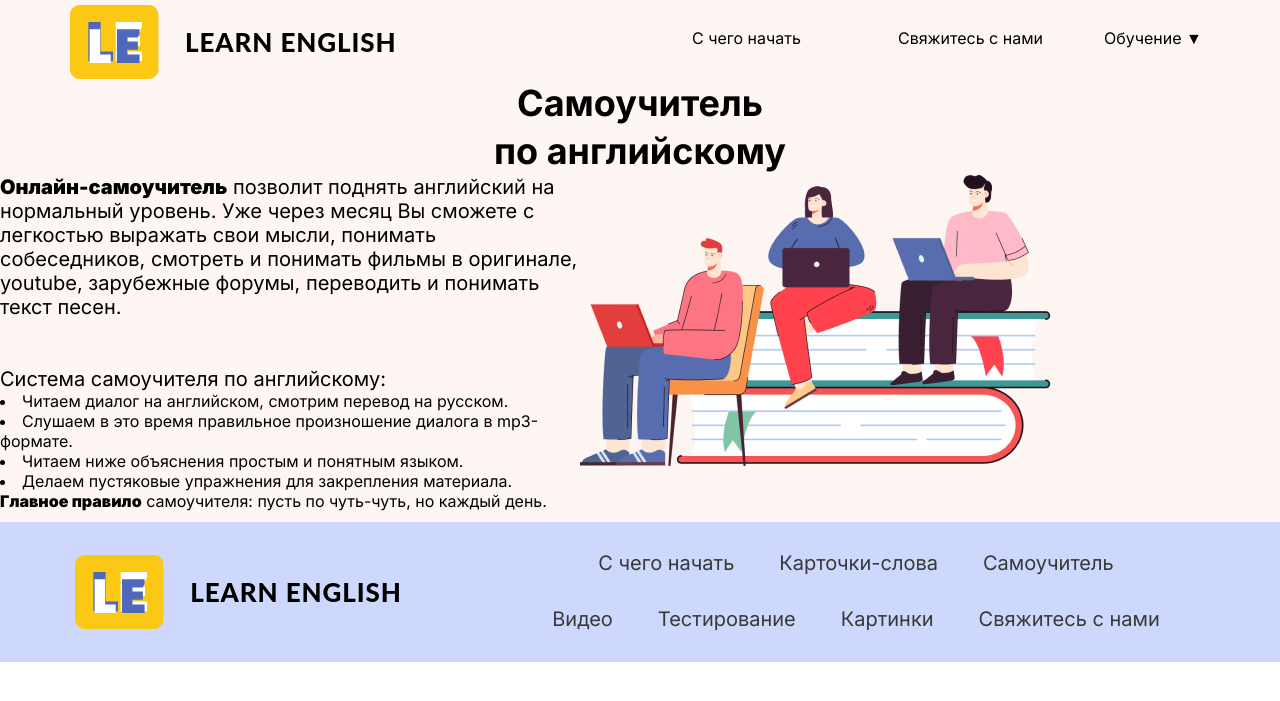
Repository: WladimirVA/Diplom
Page: scool/lesson.html
These files come from the project's save history. The page is drawn as it stood at one moment and after the next save; the edit follows.
The browser window is 1280 px wide. The pictures show the whole page.

Above is the page before, as saved 2023-07-19 16:12:49.

### scool/lesson.html
<!DOCTYPE html>
<html lang="en">
<head>
    <meta charset="UTF-8">
    <meta name="viewport" content="width=device-width, initial-scale=1.0">
    <link href="./css/index.css" rel="stylesheet" type="text/css">
    <link href="./css/fonts.css" rel="stylesheet" type="text/css">
    <link rel="stylesheet" href="./css/lesson.css" type="text/css">
    <link rel="icon" sizes="16x16" href="./img/Vector.svg" type="image/x-icon">
    <title>Learn english</title>
</head>
<body>
    <header class="header" di="HOME">
        <div class="section">
            <div class="section-header">
                <div class="logo">
                    <img src="./img/Vector.svg">
                    <p>Learn english</p>
                </div>
                <div>

                    <ul class="ddropdownn">
                        <li class="ddropdownn-top">
                        <a class="ddropdownn-top" href="#">С чего начать</a>
                        </li>
                        <li class="ddropdownn-top">
                            <a class="ddropdownn-top" href="mailto:dyadichenko_va@mail.ru">Свяжитесь с нами</a>
                        </li>
                        <li class="ddropdownn-top">
                        <a class="ddropdownn-top" href="#">Обучение &#9660;</a>
                            <ul class="ddropdownn-inside">
                                <li><a href="/">Карточки-слова</a></li>
                                <li><a href="/">Самоучитель</a></li>
                                <li><a href="/">Видео</a></li>
                                <li><a href="/">Тестирование</a></li>
                                <li><a href="/">Картинки</a></li>
                            </ul>
                        </li>

                    </ul>
                </div>
            </div>
        </div>
    </header>
    <main>
        <section class="TUTORIAL">
            <div class="section">
                <h1 class="tutorial-h1">Самоучитель <br>по английскому</h1>
                <div class="content-tutorial">
                    <div class="tutorial-inf">
                        <p><span  style="font-weight:900"> Онлайн-самоучитель</span> позволит поднять английский на нормальный уровень. Уже через месяц Вы сможете с легкостью выражать свои мысли, понимать собеседников, смотреть и понимать фильмы в оригинале, youtube, зарубежные форумы, переводить и понимать текст песен. <br><br><br>
                            Система самоучителя по английскому:
                            <li>Читаем диалог на английском, смотрим перевод на русском.</li>
                            <li>Слушаем в это время правильное произношение диалога в mp3-формате.</li>
                            <li>Читаем ниже объяснения простым и понятным языком.</li>
                            <li>Делаем пустяковые упражнения для закрепления материала.</li>
                            <span  style="font-weight:900"> Главное правило</span> самоучителя: пусть по чуть-чуть, но каждый день.
                        </p>
                    </div>
                    <div class="tutorial-img">
                        <img src="./img/Group 78 1 (1).png" alt="foto">
                    </div>
                </div>
            </div>
        </section>
    </main>
    <footer class="FOOTER">
        <div class="section">
            <div class="section-footer">
                <div class="logo">
                    <img src="./img/Vector.svg">
                    <p>Learn english</p>
                </div>
                <div class="ddropdownn-footer">
                    <div class="ddropdownn-menu">
                        <ul class="ddropdownn1">
                            <li><a href="#">С чего начать</a></li>
                            <!-- <li><a href="#">Обучение</a></li> -->
                            <li><a href="#">Карточки-слова</a></li>
                            <li><a href="#">Самоучитель</a></li>
                        </ul>
                    </div>
                    <div class="ddropdownn-menu">
                        <ul class="ddropdownn2">
                            <li><a href="#">Видео</a></li>
                            <li><a href="#">Тестирование</a></li>
                            <li><a href="#">Картинки</a></li>
                            <li><a class="link" href="mailto:dyadichenko_va@mail.ru">Свяжитесь с нами</a></li>
                        </ul>
                    </div>
                </div>
            </div>
        </div>
    </footer>
</body>
</html>

### scool/css/index.css
body {
    scroll-behavior: smooth;
    align-items: center;
    width: 100%;
    max-width: 1366px;
    margin: auto;
    font-family: 'Inter', 'Work Sans', "NunitoSans-Light", Arial, Helvetica, sans-serif;
}
* {
    margin: 0;
    padding: 0;
}

.logo {
    display: flex;
    align-items: center;
}

.logo p {
    font-family: Lato;
    font-size: 26px;
    font-weight: 800;
    line-height: 48px;
    letter-spacing: 0.035em;
    text-align: left;
    text-transform: uppercase;
    padding-left: 1em;
}

/* Стили выпадающего списка */
ul.ddropdownn li {/* Считаем координаты относительно исходного места. */
    position: relative; }
ul.ddropdownn, ul.ddropdownn-inside {
    /* Отступы на нуле. */
    padding: 0;
    /* Маркеры уберем. */
    list-style-type: none;
    }
ul.ddropdownn-inside {
    /* Спрячем дочерние элементы выпадающего списка. */
    left: -9999px;
    position: absolute;
    }
ul.ddropdownn li.ddropdownn-top {
    /* Небольшой отступ. */
    margin: 20px 1px 0 0;
    /* Выравнивание по левой стороне. */
    float: left;
    display: inline;
    }
ul.ddropdownn li.ddropdownn-top a {
    /* Делаю элементы блочными. */
    display: block;
    /* Снова отступы. */
    padding: 3px 30px 4px;
    text-decoration: none;
    color: black;
    font-family: Inter;
    width: 145px;
    }
ul.ddropdownn a.ddropdownn-top {/* Цвет фона. */ background: #FEF6F3; } */
ul.ddropdownn a.ddropdownn-top:hover {/* Отступы. */ padding: 13px 20px 4px; }
ul.ddropdownn li.ddropdownn-top:hover .ddropdownn-inside {
    left: 0;
    /* Делаю элементы блочными. */
    display: block;
    }
ul.ddropdownn .ddropdownn-inside {/* Цвет фона. */ background: #FEF6F3; }
ul.ddropdownn .ddropdownn-inside a:hover {/* Цвет фона изменится при наведении. */
    background: #FEF6F3; }


@media screen and (max-width: 745px) {
    .header-nav {
        display: block;
        padding-top: 0px;
    }
}


.section-header {
    display: flex;
    justify-content: space-between;
    background-color: #FEF6F3;
    padding: 5px 0px 0 70px;

}

.BEGINNES {
    background: #FEF6F3;
}

.content-beginners {
    display: flex;
    justify-content: space-between;
}

.beginners-inf {
    padding: 50px 0 0 70px;
}

.beginners-inf h1 {
    font-family: Inter;
    font-size: 44px;
    font-weight: 700;
    line-height: 48px;
    letter-spacing: -0.08em;
    text-align: left;
    text-transform: uppercase;
    font-family: Inter;
    font-size: 45px;
    font-weight: 700;
    line-height: 48px;
    letter-spacing: 0.035em;
    text-align: left;
}

.beginners-img img {
    width: 100%;
    height: auto;
}

.beginners-inf p {
    margin-top: 50px;
}

.content-beginners {
    font-family: Inter;
    font-size: 22px;
    font-weight: 700;
    line-height: 24px;
    letter-spacing: 0em;
    text-align: left;

    font-family: Inter;
    font-size: 22px;
    font-weight: 500;
    line-height: 24px;
    letter-spacing: 0em;
    text-align: left;

    font-family: Inter;
    font-size: 20px;
    font-weight: 500;
    line-height: 24px;
    letter-spacing: 0em;
    text-align: left;
}

.home_ul {
    list-style-type: none;
    padding: 20px 0 20px 0;
}

.check {
    margin-left: 15px;
}

.button_home {
    font-family: Inter;
    font-size: 20px;
    font-weight: 700;
    line-height: 24px;
    letter-spacing: 0em;
    text-align: center;
    background:#FBC815;
    border-style: none;
    border-radius: 25px;
    width: 257px;
    height: 56px;
}

.LEARNING {
    background: #FDE4D3;
}

.learning {
    display: flex;
    justify-content: space-evenly;
}

.img-learning img {
    width: 100%;
    height: auto;
}

.content-learning h1 {
    text-align: center;
    text-transform: uppercase;
    font-family: Inter;
    font-size: 36px;
    font-weight: 700;
    line-height: 48px;
    letter-spacing: 0em;
    text-align: center;
    padding-top: 65px;

}

.popular {
    margin-left: 20px;
}

.learning-text {
    max-width: 550px;
    margin-top: 50px;
}

.learning-text p {
    font-family: Inter;
    font-size: 20px;
    font-weight: 500;
    line-height: 24px;
    letter-spacing: 0em;
    text-align: left;
}

.learning-text-img {
    margin-top: 60px;
}

.learning-text-img p {
    margin: -38px 0 0 20px;
}

.INFORMATION {
    background: #4F68BB;
    height: 1275px;
}

.information-text {
    text-align: center;
    color: #FFFFFF;
    /* max-width: 932px; */
}


.content-information h1 {
    font-family: Inter;
    font-size: 36px;
    font-weight: 700;
    line-height: 48px;
    letter-spacing: 0em;
    text-align: center;
    text-transform: uppercase;
    padding: 60px 0 50px 0;
}

.content-information p {
    font-family: Inter;
    font-size: 24px;
    font-weight: 700;
    line-height: 32px;
    letter-spacing: 0em;
    text-align: center;
}


.information1 {
    color: #FFFFFF;
    height: 400px;
    text-align: center;
    display: flex;
    justify-content: space-around;
    margin: 60px 0 0 0;
}

.information1 p {
    max-width: 270px;
}

.information1 h3 {
    padding: 65px 0 50px 0;
}

.information2 {
    color: #FFFFFF;
    height: 400px;
    text-align: center;
    margin: 60px 0 0 0;
    display: flex;
    justify-content: space-evenly;
}

.information2 p {
    max-width: 270px;
}
.information2 h3 {
    padding: 65px 0 50px 0;
}

.buttton-inf1 {
    margin-top: 39px;
}
.buttton-inf2 {
    margin-top: 95px;
}
.buttton-inf3 {
    margin-top: 55px;
}
.buttton-inf4 {
    padding-top: 63px;
}
.buttton-inf5 {
    padding-top: 25px;
}

.TRANING {
    background:rgba(251, 205, 166, 1);
    height: 345px;
}

.training {
    display: flex;
    align-items: center;
    justify-content: space-evenly;
}

.training-inf {
    display: block;
    text-align: center;
}

.training-inf p {
    font-family: Inter;
    font-size: 36px;
    font-weight: 700;
    line-height: 48px;
    letter-spacing: 0em;
    text-align: center;
}

.buttton-training1 {
    padding-top: 45px;
}

.buttton-training {
    color: #FFFFFF;
    font-family: Inter;
    font-size: 20px;
    font-weight: 700;
    line-height: 24px;
    letter-spacing: 0em;
    text-align: center;
   background: rgba(240, 63, 90, 1);
}

.training-img {
    margin-top: -60px;
}

.FOOTER {
    background:rgba(205, 216, 252, 1);
    height: 140px;
    align-items: center;
    display: grid;
    justify-items: stretch;
}

.section-footer {
    display: flex;
    justify-content: space-around
}

.ddropdownn-footer {
    display: flex;
    flex-direction: column;
    align-items: center;
}

.ddropdownn-menu {
    display: flex;
}

.ddropdownn1, .ddropdownn2 {
    display: flex;
    font-family: Inter;
    font-size: 20px;
    font-weight: 400;
    line-height: 16px;
    letter-spacing: 0em;
    text-align: left;
    list-style-type:none;

}

.ddropdownn2 {
    margin: 40px 0 0 0;
}

.ddropdownn-footer li{
    padding: 0 45px 0 0;
}

.ddropdownn-footer a {
    text-decoration: none;
    color: rgba(57, 57, 57, 1);
    ;
}

### scool/css/fonts.css
/* @import url('https://fonts.googleapis.com/css2?family=Work+Sans:ital,wght@0,600;0,800;1,800&display=swap'); */


/* @import url('https://fonts.googleapis.com/css2?family=Inter:wght@400;500;600;700;800&family=Work+Sans:ital,wght@0,600;0,800;1,800&display=swap'); */


@import url('https://fonts.googleapis.com/css2?family=Inter:wght@100;200;300;400;500;600;700;800;900&display=swap');

@import url('https://fonts.googleapis.com/css2?family=Inter:wght@100;200;300;400;500;600;700;800;900&family=Work+Sans:ital,wght@0,100;0,200;0,300;0,400;0,500;0,600;0,700;0,800;0,900;1,100;1,200;1,300;1,400;1,500;1,600;1,700;1,800;1,900&display=swap');

### scool/css/lesson.css
.TUTORIAL {
    background: rgba(254, 246, 243, 1);
}

.content-tutorial {
    display: flex;
}

.tutorial-h1 {
    text-align: center;
    font-family: Inter;
    font-size: 36px;
    font-weight: 700;
    line-height: 48px;
    letter-spacing: 0em;
    text-align: center;
}

.tutorial-inf {
    max-width: 580px;
}

.tutorial-inf p {
    font-family: Inter;
font-size: 20px;
font-weight: 600;
line-height: 24px;
letter-spacing: 0em;
text-align: left;

font-family: Inter;
font-size: 20px;
font-weight: 400;
line-height: 24px;
letter-spacing: 0em;
text-align: left;
color: rgba(0, 0, 0, 1);

}

After the next save:
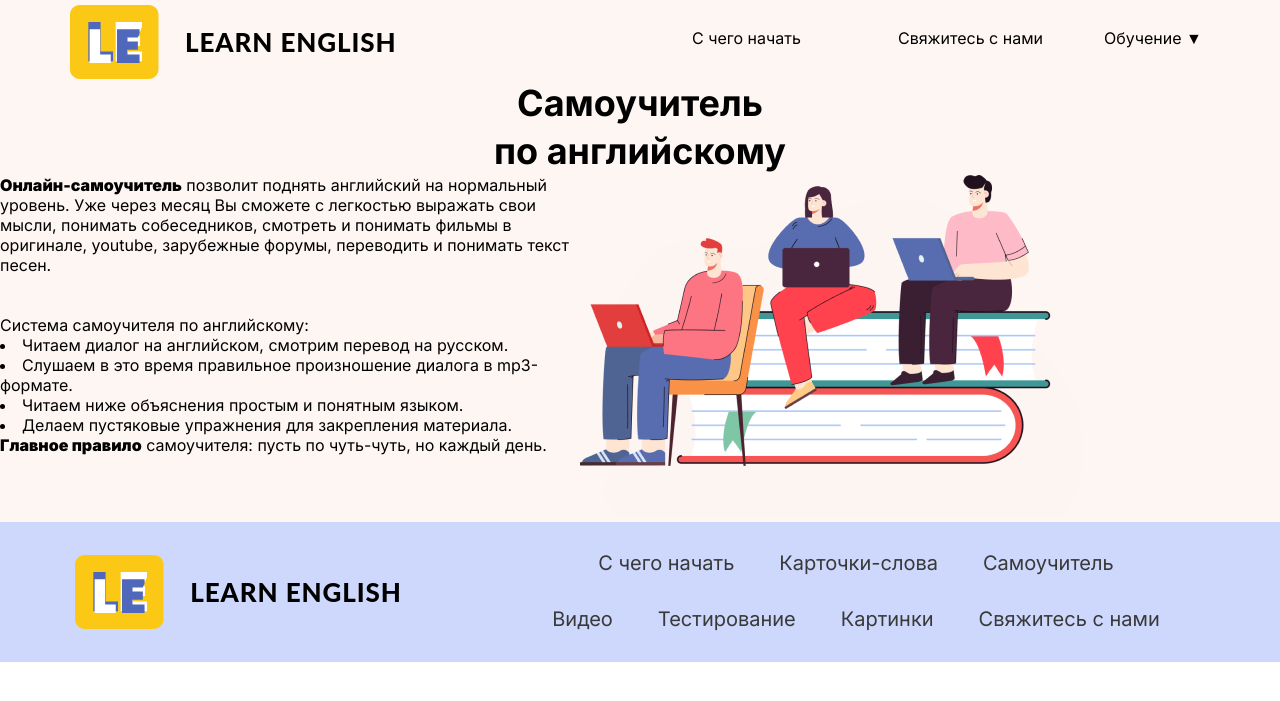
Saved 55 s later.
--- a/scool/css/lesson.css
+++ b/scool/css/lesson.css
@@ -20,7 +20,7 @@
     max-width: 580px;
 }
 
-.tutorial-inf p {
+.tutorial-inf p li {
     font-family: Inter;
 font-size: 20px;
 font-weight: 600;
